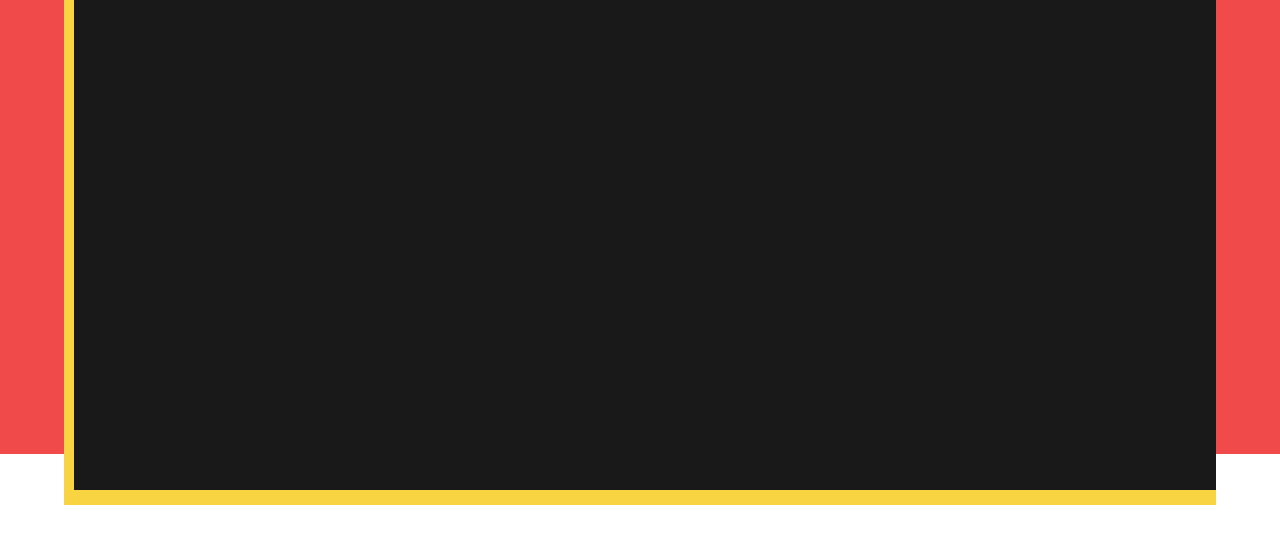
Repository: syedali042/quadacts-cucurico
Page: index.html
An editor plug-in stored every save of this project. The page is shown before and after a run of saves, followed by the edit.
The browser window is 1280 px wide. The pictures show the part of the page from y = 1274 to 1965 px (the page is 1815 px tall before and 1965 px after).

Above is the page before, as saved 2021-10-03 23:16:46.

After the next 2 saves:
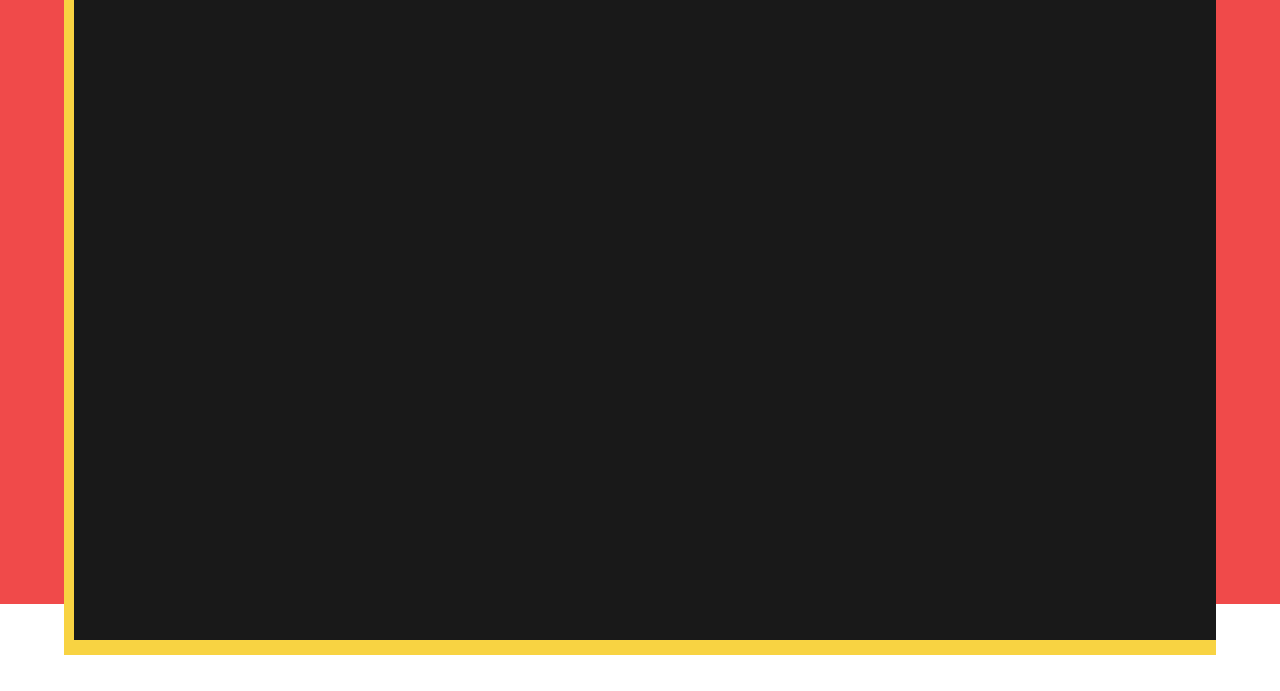
The 2 saves are shown as one change because they came seconds apart.
The last was saved 24 s later.
--- a/index.css
+++ b/index.css
@@ -128,7 +128,7 @@
   .four{
       background-color: #F04A4A;
       width: 100%;
-      height: 500px;
+      height: 650px;
       margin-top: -2%;
   }
   .dark-bg{

After the save that followed:
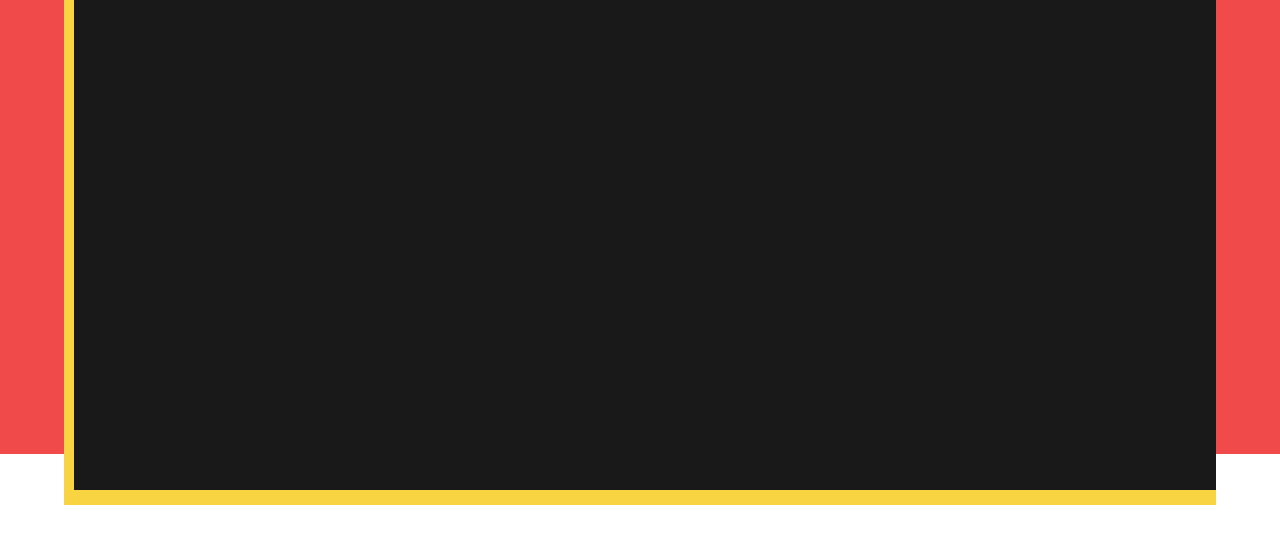
Saved 9 s later.
--- a/index.css
+++ b/index.css
@@ -128,7 +128,7 @@
   .four{
       background-color: #F04A4A;
       width: 100%;
-      height: 650px;
+      height: 500px;
       margin-top: -2%;
   }
   .dark-bg{
